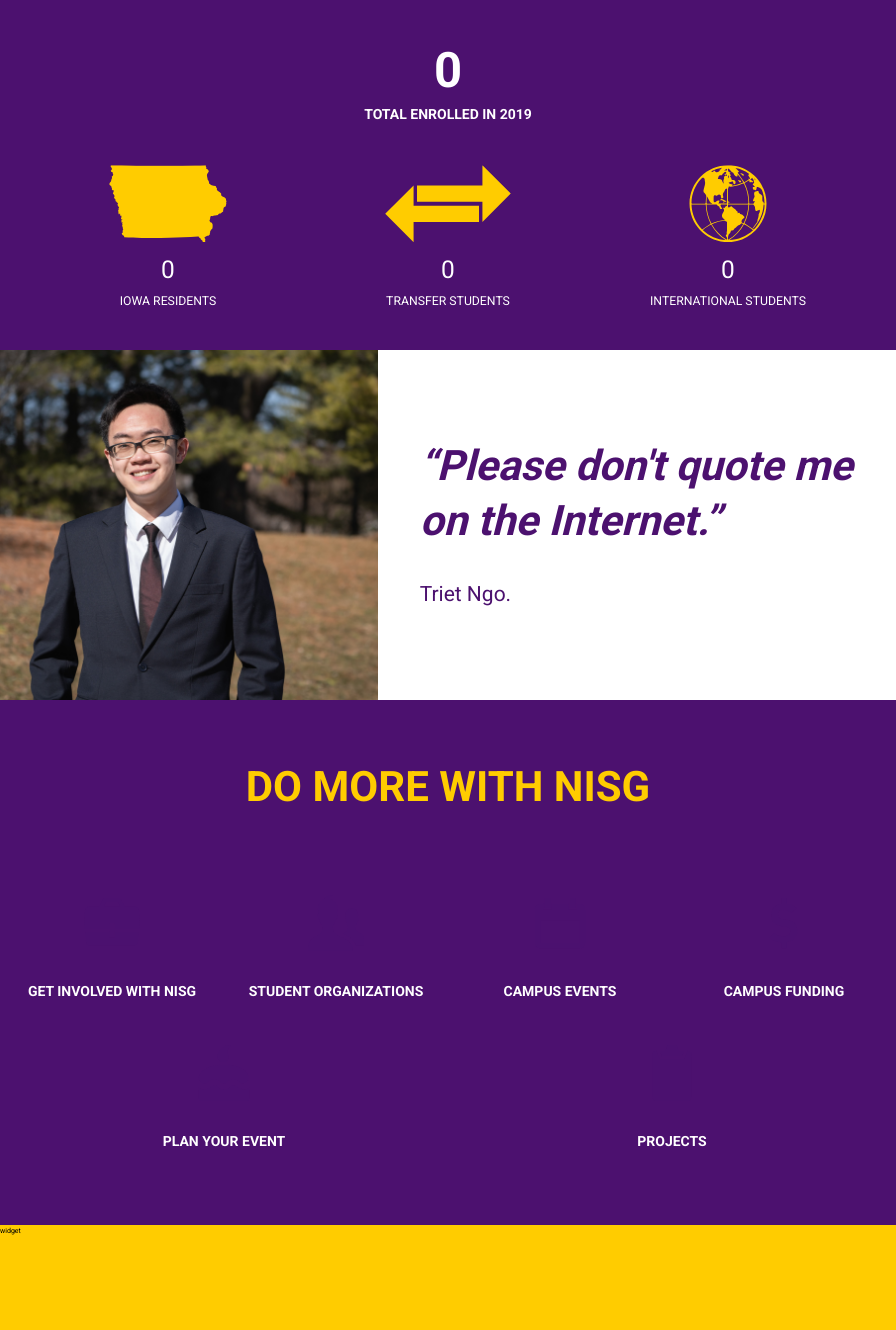
Repository: trietngo/nisg
Page: index.html
An editor plug-in stored every save of this project. The page is shown before and after a run of saves, followed by the edit.
The browser window is 1280 px wide. The pictures show the part of the page from y = 720 to 2620 px (the page is 3270 px tall), at 70% of full size.
Some web fonts or font styles are not loaded; a fallback is used. The style sheet was rebuilt from its Sass, Less or Tailwind sources for each picture, by a compiler version that may differ from the author's.

Above is the page before, as saved 2020-08-29 15:00:16.

### index.html
<!DOCTYPE html>
<html lang="en">
    <head>
        <meta charset="UTF-8">
        <meta name="viewport" content="width=device-width, initial-scale=1.0">

        <link href="https://fonts.googleapis.com/css2?family=Roboto:wght@100;300;400;500;700;900&display=swap" rel="stylesheet">
        <link href="https://fonts.googleapis.com/css2?family=Sedgwick+Ave&display=swap" rel="stylesheet">
        <link href="https://fonts.googleapis.com/css2?family=Sriracha&display=swap" rel="stylesheet">

        <link rel="stylesheet" href="css/style.css">

        <title>Proposed NISG Website</title>
    </head>

    <body>

        <header class="header">
            <div class="header__upper">
                <div class="header__container--left">
                    <img class="header__logo" src="img/New NISG Logo - White-01.png" alt="NISG Logo">
                    <div class="header__title">Northern Iowa Student Government</div>
                </div>

                <div class="header__container--right">
                    <a href="https://uni.edu" class="header__external">VISIT UNI WEBSITE</a>

                    <input type="text" name="" class="header__searchbar" id="" placeholder="Search NISG">
                    <ul class="header__nav">
                        <li><a class="header__link" href="#">News</a></li>
                        <li><a class="header__link" href="#">Resources</a></li>
                        <li><a class="header__link" href="#">Services</a></li>
                        <li><a class="header__link" href="#">Applications</a></li>
                        <li><a class="header__link" href="#">Student Organizations</a></li>
                        <li><a class="header__link" href="#">About</a></li>
                        <li><a class="header__link btn header__contact" href="#">Contact Us</a></li>
                    </ul>
                </div>
            </div>

            <div class="header__lower">

                <video class="header__video" autoplay muted loop>
                    <source src="img/Website.mp4" type="video/mp4">
                </video>

                <div class="header__overlay">
                    <p class="header__overlay--title">BY UNI STUDENTS.<br>FOR UNI STUDENTS.</p>
                    <p class="header__overlay--subtitle">Serving UNI students is NISG's top priority.</p>
                    <a href="#" class="header__overlay--about btn">About NISG</a>
                </div>

            </div>

        </header>

        <main>

            <section id="enroll">
                <div class="enrollment">
                    <div class="enrollment__total">
                        <div class="enrollment__total--title counter" title="10497">
                            0
                        </div>

                        <div class="enrollment__total--subtitle">TOTAL ENROLLED IN 2019</div>

                    </div>

                    <div class="enrollment__breakdown">
                        <div class="enrollment__category">
                            <img class="enrollment__category--icon" src="img/iowa-icon.svg" alt="Iowa icon">
                            <p class="enrollment__category--title counter" title="9394">0</p>
                            <p class="enrollment__category--subtitle">IOWA RESIDENTS</p>
                        </div>
                        <div class="enrollment__category">
                            <img class="enrollment__category--icon" src="img/transfer-icon.svg" alt="Transfer icon">
                            <p class="enrollment__category--title counter" title="2568">0</p>
                            <p class="enrollment__category--subtitle">TRANSFER STUDENTS</p>
                        </div>
                        <div class="enrollment__category">
                            <img class="enrollment__category--icon" src="img/globe-icon.svg" alt="Globe icon">
                            <p class="enrollment__category--title counter" title="385">0</p>
                            <p class="enrollment__category--subtitle">INTERNATIONAL STUDENTS</p>
                        </div>
                    </div>
                </div>
            </section>

            <section id="quotes">
                <div class="testimonials">

                    <img class="testimonials__img" src="img/Triet.jpg" alt="">

                    <div class="testimonials__quote">
                        <p class="quote">&ldquo;Please don't quote me on the Internet.&rdquo;</p>

                        <p class="subquote">Triet Ngo.</p>
                    </div>

                </div>
            </section>

            <section id="services">
                <div class="selection">

                    <div class="selection__title">
                        DO MORE WITH NISG
                    </div>

                    <div class="selection__wrapper">
                        <a href="#" class="selection__link">
                            <div class="selection__items">
                                <img class="selection__icon" src="img/SVG/briefcase.svg" alt="holding-hands">
                                <p class="selection__details">GET INVOLVED WITH NISG</p>
                            </div>
                        </a>

                        <a href="#" class="selection__link">
                            <div class="selection__items">
                                <img class="selection__icon" src="img/SVG/users.svg" alt="holding-hands">
                                <p class="selection__details">STUDENT ORGANIZATIONS</p>
                            </div>
                        </a>

                        <a href="#" class="selection__link">
                            <div class="selection__items">
                                <img class="selection__icon" src="img/SVG/calendar.svg" alt="holding-hands">
                                <p class="selection__details">CAMPUS EVENTS</p>
                            </div>
                        </a>

                        <a href="#" class="selection__link">
                            <div class="selection__items">
                                <img class="selection__icon" src="img/SVG/credit.svg" alt="holding-hands">
                                <p class="selection__details">CAMPUS FUNDING</p>
                            </div>
                        </a>

                        <a href="#" class="selection__link">
                            <div class="selection__items">
                                <img class="selection__icon" src="img/SVG/cake.svg" alt="holding-hands">
                                <p class="selection__details">PLAN YOUR EVENT</p>
                            </div>
                        </a>

                        <a href="#" class="selection__link">
                            <div class="selection__items">
                                <img class="selection__icon" src="img/SVG/clipboard.svg" alt="holding-hands">
                                <p class="selection__details">PROJECTS</p>
                            </div>
                        </a>
                    </div>
                </div>
            </section>

            <section id="news">
                <div class="widget">
                    widget
                </div>
            </section>

        </main>

        <footer class="footer">
            footer
        </footer>

        <script src="script.js"></script>
    </body>
</html>

### script.js
const counters = document.querySelectorAll(".counter"); // Select all elements with "counter" class
const speed = 200;

counters.forEach(counter => {

    const updateCount = () => {
        const target = +counter.getAttribute('title'); // Total
        let count = +counter.innerText; // Current count

        const inc = Math.floor(target / speed); //increment

        if (count < target) {
            count += inc;
        } else {
            counter.innerText = target;
        }

        console.log(target);
        console.log(count);

    }
    updateCount();
});

### sass/main.scss
@import "abstract/variables";

@import "base/base";
@import "base/typography";

@import "components/button";

@import "layout/enrollment";
@import "layout/footer";
@import "layout/header";
@import "layout/news";
@import "layout/services";
@import "layout/testimonials";

### sass/abstract/_variables.scss
// COLORS

$color-primary: #4c116f;
$color-secondary: #ffcc00;
$color-tertiary: #ffffff;

### sass/base/_typography.scss
body {
    font-family: 'Roboto', sans-serif;
    font-weight: 400;
    line-height: 1.7;
}

.header__searchbar {
    font-family: 'Roboto', sans-serif;
    font-weight: 400;
    font-size: 1.5rem;
}

.header__overlay {

    &--title {
        font-family: 'Roboto', sans-serif;
        font-weight: 700;
        font-size: 6rem;
        line-height: 1.2;
    }

    &--subtitle {
        font-size: 1.75rem;
    }

    &--about {
        font-size: 2.5rem;
        font-weight: 700;
    }
}

### sass/components/_button.scss
.btn {
    color: $color-secondary !important;
    border: .2rem solid $color-secondary;
    border-radius: 1.5rem;
    padding: 1rem 2rem !important;
    transition: all .3s;
    text-decoration: none;

    &:hover {
        color: $color-primary !important;
        border-color: none;
        background-color: $color-secondary;
        transition: all .3s;
    }
}

### sass/layout/_enrollment.scss
.enrollment {
    background-color: $color-primary;
    height: 50rem;
    display: flex;
    flex-direction: column;
    align-items: center;
    justify-content: space-evenly;
    color: $color-tertiary;
    position: relative;

    @media screen and (max-width: 702px) {
        height: 70rem;
    }

    @media screen and (max-width: 515px) {
        height: 100rem;
    }

    &__total {
        text-align: center;
        font-weight: 700;

        &--title {
            font-size: 7rem;
            line-height: 1.3;
        }

        &--subtitle {
            font-size: 2rem;
        }

    }

    &__breakdown {
        display: flex;
        flex-wrap: wrap;
        align-items: flex-end;

        @media screen and (max-width: 515px) {
            flex-direction: column;
        }
    }

    &__category {
        flex: 1;
        display: flex;
        flex-direction: column;
        width: 40rem;

        @media screen and (max-width: 515px) {
            padding: 2rem;
        }

        &--icon {
            height: 12rem;
            padding-bottom: 1rem;
        }

        &--title {
            font-size: 3.5rem;
            text-align: center;
        }

        &--subtitle {
            font-size: 1.75rem;
            text-align: center;
            white-space: nowrap;
        }
    }
}

### sass/layout/_footer.scss
.footer {
    height: 30rem;
    background-color: $color-tertiary;
}

### sass/layout/_header.scss
.header {

    display: flex;
    flex-direction: column;
    height: 100vh;

    &__container--left {
        flex: 1;
        padding: 3rem 7rem;
    }

    &__container--right {
        flex: 3;
        display: flex;
        flex-direction: column;
        align-items: flex-end;
        justify-content: space-between;
        padding-bottom: 3rem;
    }

    &__upper {
        background-color: $color-primary;
        flex: 0 1 22.5rem;
        display: flex;
        flex-wrap: wrap;
    }

    &__logo {
        height: 15rem;
    }

    &__title {
        font-size: 2rem;
        font-weight: 700;
        color: $color-tertiary;
        white-space: nowrap;
    }

    &__link {
        text-decoration: none;
        font-size: 2rem;
        font-weight: 700;
        color: $color-tertiary;
        padding: 0 3.5rem;
        transition: all .3s;
        white-space: nowrap;

        &:hover {
            color: $color-secondary;
            transition: all .3s;
        }
    }

    &__nav {
        list-style-type: none;
        display: flex;
        padding-right: 6rem;
        align-content: center;
        flex-wrap: wrap;
    }


    &__external {
        display: inline;
        background-color: $color-secondary;
        padding: 2rem 5rem;
        clip-path: polygon(0 0, 100% 0, 100% 100%, 15% 100%);
        text-decoration: none;
        font-size: 2rem;
        font-weight: 700;
    }

    &__video {
        width: 100%;
        height: 100%;
        object-fit: cover;
        opacity: 0.5;
        overflow: hidden;
        position: absolute;
    }

    &__searchbar {
        border: none;
        padding: 1rem;
        padding-right: 2rem;
        padding-left: 6rem;
        text-align: right;
        border-radius: 2rem;
        margin-right: 6rem;

        &:focus {
            outline: none;
        }
    }

    &__contact {
        margin-left: 2.5rem;
    }

    //OVERLAY

    &__lower {
        background-color: $color-primary;
        flex: 1 0 40rem;
        position: relative;
    }

    &__overlay {
        height: 100%;
        width: 100%;
        display: flex;
        flex-direction: column;
        align-items: center;
        justify-content: center;
        color: $color-secondary;

        position: absolute;

        &--title {
            margin: 2rem;
            text-align: center;
        }

        &--about {
            display: inline-block;
            margin: 4rem;
        }
    }
}

### sass/layout/_news.scss
.widget {
    height: 50rem;
    background-color: $color-secondary;
}

### sass/layout/_services.scss
.selection {
    height: 50rem;
    background-color: $color-primary;
    display: flex;
    flex-direction: column;
    justify-content: space-evenly;
    align-items: center;

    @media screen and (max-width: 1816px) {
        height: 75rem;
    }

    @media screen and (max-width: 916px) {
        height: 100rem;
    }

    @media screen and (max-width: 616px) {
        height: 175rem;
    }

    &__title {
        color: $color-secondary;
        font-size: 6rem;
        font-weight: 700;
        text-align: center;
    }

    &__wrapper {
        display: flex;
        justify-items: flex-start;
        flex-wrap: wrap;
    }

    &__items {
        display: flex;
        flex-direction: column;
        width: 30rem;
        flex: 1;
        margin: 3rem 0;

    }

    &__icon {
        height: 8rem;
        margin-bottom: 4rem;
    }

    &__link {
        text-decoration: none;
        color: $color-tertiary;
        font-size: 2rem;
        font-weight: 700;
        display: flex;
        flex: 1;
        transition: all .3s;

        &:hover {
            transform: scale(1.2);
            transition: all .3s;
        }

        &:active {
            transform: scale(1.1);
        }
    }

    &__details {
        text-align: center;
    }
}

### sass/layout/_testimonials.scss
.testimonials {
    height: 50rem;
    background-color: $color-tertiary;
    display: flex;
    flex-wrap: wrap;

    @media screen and (max-width: 702px) {
        flex-direction: column;
        height: 80rem;
    }

    &__img {
        flex: 1;
        height: 100%;
        object-fit: cover;
        overflow: hidden;

        @media screen and (max-width: 702px) {
            width: 100%;
            flex: 2;
        }
    }

    &__quote {
        flex: 1.15;
        padding: 6rem;
        color: $color-primary;
        display: flex;
        flex-direction: column;
        justify-content: center;

        @media screen and (max-width: 702px) {
            flex: 1;
        }
    }

}

.quote {
    font-size: 6rem;
    font-weight: 700;
    font-style: italic;
    line-height: 1.3;
    margin: 2rem 0;
}

.subquote {
    font-size: 3rem;
    margin: 2rem 0;
}

Loaded but not shown: sass/base/_base.scss (common file)

After the next 2 saves:
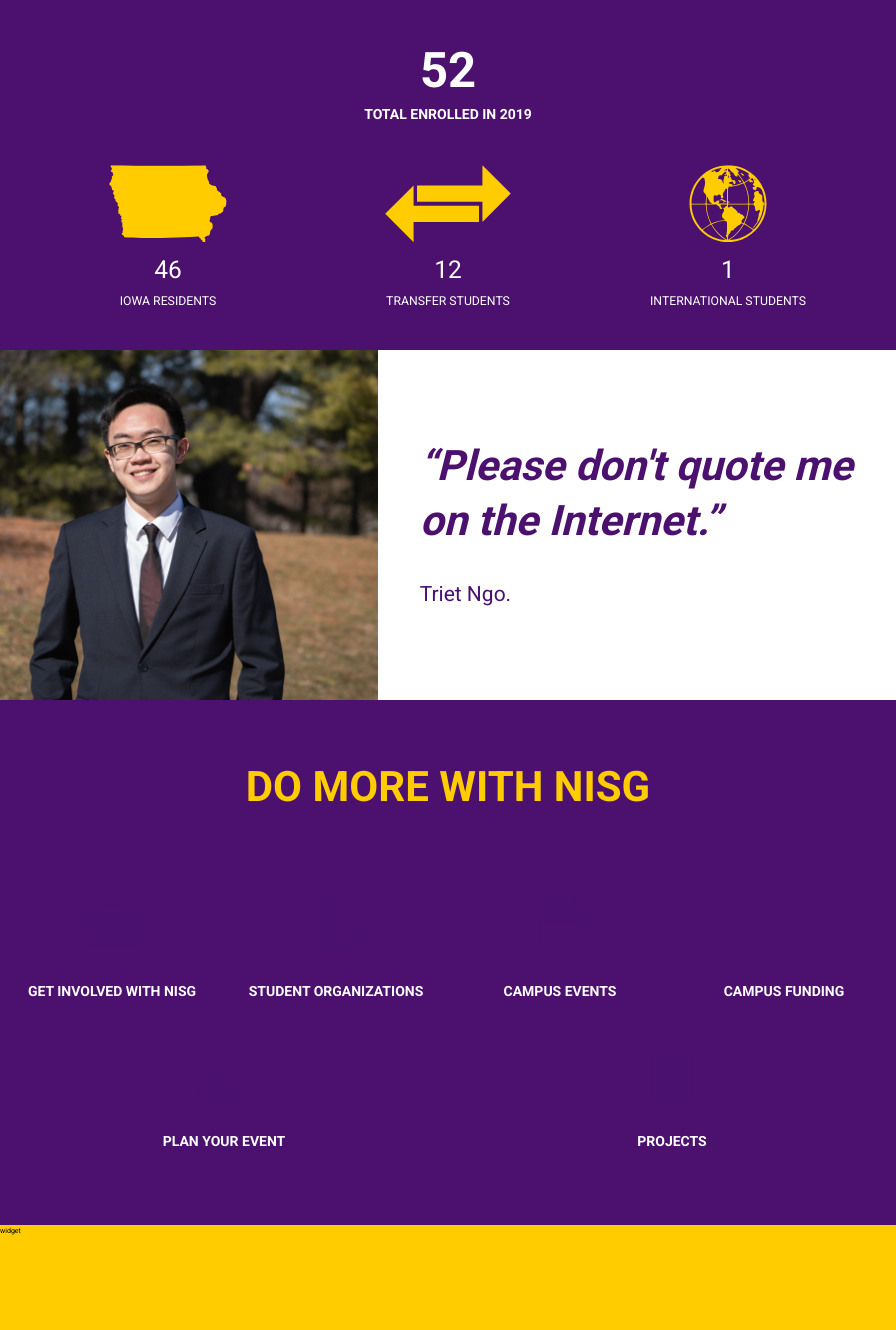
The 2 saves are shown as one change because they came seconds apart.
The last was saved 14 s later.
--- a/script.js
+++ b/script.js
@@ -10,7 +10,7 @@
         const inc = Math.floor(target / speed); //increment
 
         if (count < target) {
-            count += inc;
+            counter.innerText = count + inc;
         } else {
             counter.innerText = target;
         }
